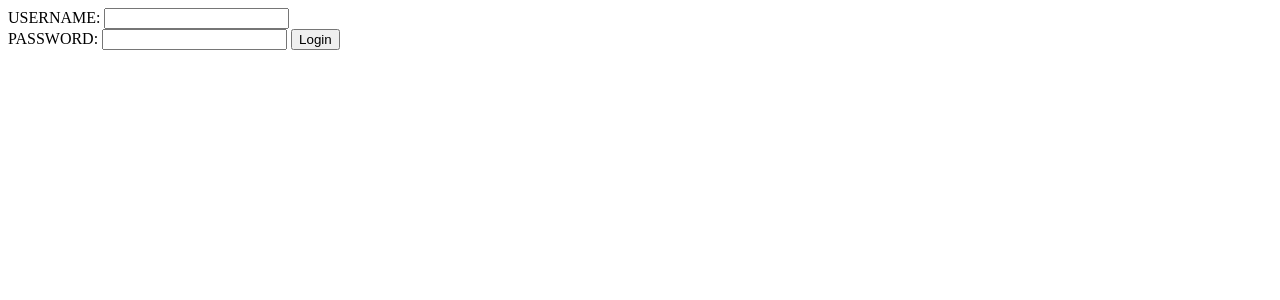
Repository: sakshipatil1305/Sak
Page: http://localhost/BookApp/login.jsp
These files come from the project's save history. The page is drawn as it stood at one moment and after the next save; the edit follows.
The browser window is 1280 px wide. The pictures show the whole page.
The page is served by Tomcat 9.

Above is the page before, as saved 2018-08-16 07:13:51.

After the next save:
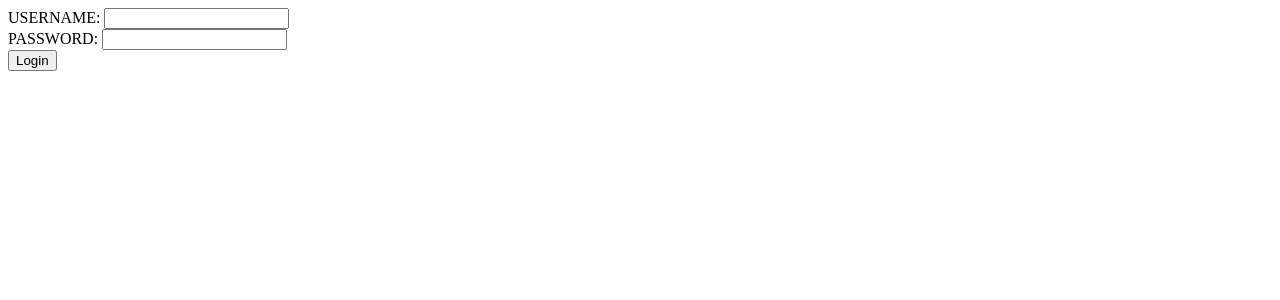
Saved 12 s later.
--- a/BookApp/WebContent/login.jsp
+++ b/BookApp/WebContent/login.jsp
@@ -9,7 +9,7 @@
 <body>
 	<form action="">
 		USERNAME: <input type="text" name="username"> <br>
-		PASSWORD: <input type="text" name="password">
+		PASSWORD: <input type="text" name="password"> <br>
 		<input type="submit" value="Login">
 	</form>
 
